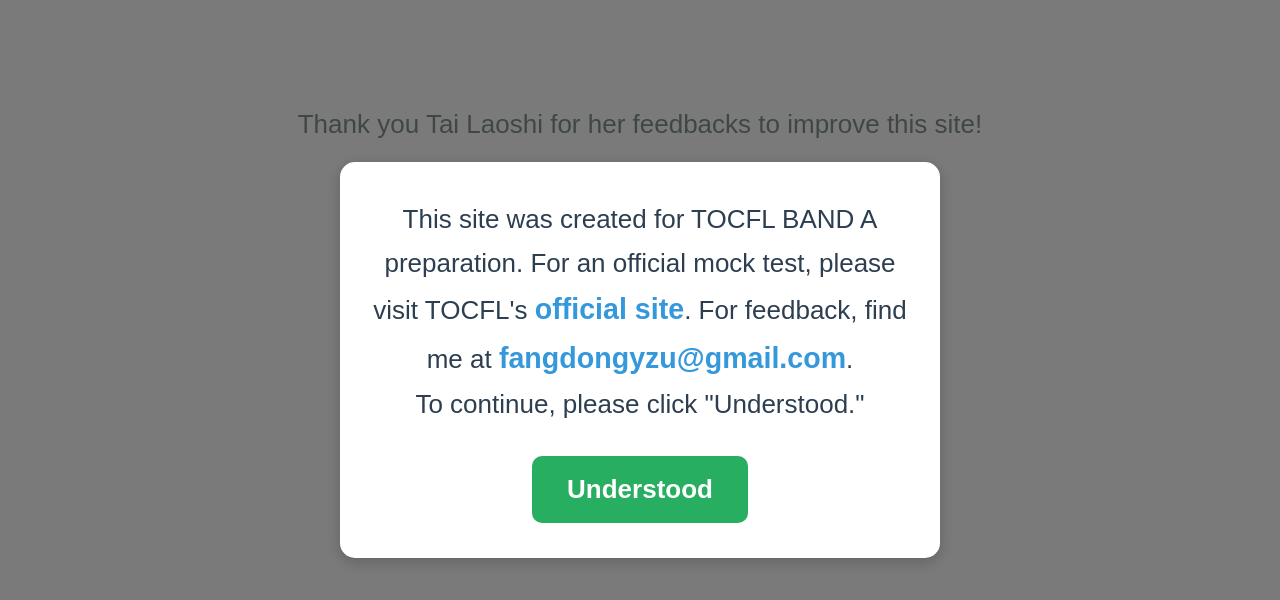
Repository: fangdongyzu/tocflmock
Page: index.html
An editor plug-in stored every save of this project. The page is shown before and after the next save, followed by the edit.
The browser window is 1280 px wide. The pictures show the whole page.

Above is the page before, as saved 2025-12-23 16:53:55.

### index.html
<!DOCTYPE html>
<html lang="en">
<head>
<meta charset="UTF-8">
<meta name="viewport" content="width=device-width, initial-scale=1.0">
<title>TOCFL MOCK BAND A PRACTICE</title>
<link rel="stylesheet" href="styles.css">
</head>
<body>

<div class="container">
    <!-- Modal -->
    <div id="modal">
        <div id="modalContent">
            <p>
                This site was created for TOCFL BAND A preparation. For an official mock test, please visit TOCFL's
                <a href="https://cbt.sc-top.org.tw/sctopj/" target="_blank">official site</a>. For feedback, find me at <a href="mailto:fangdongyzu@gmail.com">fangdongyzu@gmail.com</a>.<br>To continue, please click "Understood."
            </p>
            <button id="understoodBtn">Understood</button>
        </div>
    </div>

    <!-- Main Page -->
    <div id="mainPage">
        <header>
            <h1>TOCFL MOCK BAND A PRACTICE</h1>
            <p>Select a mock test to begin your practice</p>
        </header>

        <div class="mock-selection">
            <div class="mock" data-mock="5" data-reading="https://fangdongyzu.github.io/tocfl-mock5-reading/" data-listening="https://fangdongyzu.github.io/tocfl-mock5-listening/">
                <strong>MOCK 5</strong>
            </div>

            <div class="mock" data-mock="4" data-reading="https://fangdongyzu.github.io/tocfl-mock4-reading/" data-listening="https://fangdongyzu.github.io/tocfl-mock4-listening/">
                <strong>MOCK 4</strong>
            </div>

            <div class="mock" data-mock="3" data-reading="https://fangdongyzu.github.io/tocfl-mock3-reading/" data-listening="https://fangdongyzu.github.io/tocfl-mock3-listening/">
                <strong>MOCK 3</strong>
            </div>

            <div class="mock" data-mock="2" data-reading="https://fangdongyzu.github.io/tocfl-mock2-reading/" data-listening="https://fangdongyzu.github.io/tocfl-mock2-listening/">
                <strong>MOCK 2</strong>
            </div>

            <div class="mock" data-mock="1" data-reading="https://fangdongyzu.github.io/tocfl-mock1-reading/" data-listening="https://fangdongyzu.github.io/tocfl-mock1-listening/">
                <strong>MOCK 1</strong>
            </div>
        </div>
    </div>

    <!-- Choice Popup -->
    <div id="choicePopup">
        <p id="popupTitle"></p>
        <div class="buttons">
            <a id="readingBtn" target="_self"><button>Reading</button></a>
            <a id="listeningBtn" target="_self"><button>Listening</button></a>
        </div>
        <button id="closePopup">Exit</button>
    </div>
</div>

<script>
document.addEventListener('DOMContentLoaded', () => {
    const modal = document.getElementById('modal');
    const understoodBtn = document.getElementById('understoodBtn');
    const mainPage = document.getElementById('mainPage');
    const choicePopup = document.getElementById('choicePopup');
    const popupTitle = document.getElementById('popupTitle');
    const readingBtn = document.getElementById('readingBtn');
    const listeningBtn = document.getElementById('listeningBtn');
    const closePopup = document.getElementById('closePopup');

    // Show modal only once per session
    if (sessionStorage.getItem('tocflModalShown') === 'true') {
        modal.style.display = 'none';
        mainPage.style.display = 'block';
    } else {
        modal.style.display = 'flex';
        mainPage.style.display = 'none';
    }

    // Modal button
    understoodBtn.addEventListener('click', () => {
        modal.style.display = 'none';
        mainPage.style.display = 'block';
        sessionStorage.setItem('tocflModalShown', 'true');
    });

    // MOCK click to open popup
    document.querySelectorAll('.mock').forEach(mock => {
        mock.addEventListener('click', () => {
            const mockNumber = mock.dataset.mock;
            const readingLink = mock.dataset.reading;
            const listeningLink = mock.dataset.listening;

            popupTitle.textContent = `MOCK ${mockNumber}`;

            if (readingLink) {
                readingBtn.href = readingLink;
                readingBtn.style.display = 'inline-block';
            } else {
                readingBtn.style.display = 'none';
            }

            if (listeningLink) {
                listeningBtn.href = listeningLink;
                listeningBtn.style.display = 'inline-block';
            } else {
                listeningBtn.style.display = 'none';
            }

            choicePopup.style.display = 'flex';
        });
    });

    // Close popup
    closePopup.addEventListener('click', () => {
        choicePopup.style.display = 'none';
    });
});
</script>

</body>
<footer>
    <p>Thank you Tai Laoshi for her feedbacks to improve this site!</p>
</footer>
</html>

### styles.css
* {
    margin: 0;
    padding: 0;
    box-sizing: border-box;
}

body {
    font-family: 'Microsoft JhengHei', '微軟正黑體', Arial, sans-serif;
    line-height: 1.6;
    color: #333;
    background-color: #f5f5f5;
    font-size: 20px; /* Increased base font size */
    min-height: 100vh;
}

.container {
    max-width: 850px;
    margin: 0 auto;
    padding: 20px;
}

/* Modal */
#modal {
    position: fixed;
    top: 0;
    left: 0;
    width: 100%;
    height: 100%;
    background: rgba(0, 0, 0, 0.5);
    display: flex;
    justify-content: center;
    align-items: center;
    z-index: 1000;
    padding: 15px;
}

#modalContent {
    background: white;
    padding: 35px 30px; /* Increased padding */
    border-radius: 15px; /* Larger border radius */
    box-shadow: 0 4px 15px rgba(0,0,0,0.2); /* Enhanced shadow */
    max-width: 600px; /* Slightly wider */
    width: 100%;
    text-align: center;
    line-height: 1.7; /* Improved line height */
}

#modalContent p {
    margin-bottom: 30px;
    color: #2c3e50;
    font-size: 1.3em; /* Larger modal text */
    font-weight: 500; /* Slightly bolder */
}

#modalContent a {
    color: #3498db;
    text-decoration: none;
    font-weight: bold;
    font-size: 1.1em; /* Larger link text */
}

#modalContent a:hover {
    text-decoration: underline;
}

#modalContent button {
    padding: 18px 35px; /* Larger button */
    background: #27ae60;
    color: white;
    border: none;
    border-radius: 10px; /* Larger border radius */
    cursor: pointer;
    font-size: 1.3em; /* Larger button text */
    font-weight: bold;
    transition: background 0.3s;
    min-width: 180px; /* Wider button */
    min-height: 60px; /* Taller button */
}

#modalContent button:hover {
    background: #229954;
    transform: translateY(-2px); /* Added hover effect */
    box-shadow: 0 4px 8px rgba(0,0,0,0.2);
}

/* Main Page */
#mainPage {
    display: none;
    text-align: center;
    padding: 20px;
}

header {
    text-align: center;
    margin-bottom: 35px; /* Increased spacing */
    background: white;
    padding: 30px 25px; /* Increased padding */
    border-radius: 15px; /* Larger border radius */
    box-shadow: 0 4px 15px rgba(0,0,0,0.1); /* Enhanced shadow */
}

header h1 {
    color: #2c3e50;
    margin-bottom: 20px; /* Increased spacing */
    font-size: 2.5em; /* Larger heading */
    font-weight: 700; /* Bolder */
    line-height: 1.3; /* Better line height */
}

header p {
    color: #7f8c8d;
    font-size: 1.4em; /* Larger subtitle */
    font-weight: 500;
}

/* Mock Selection Styling */
.mock-selection {
    background: white;
    padding: 35px 30px; /* Increased padding */
    border-radius: 15px; /* Larger border radius */
    box-shadow: 0 4px 15px rgba(0,0,0,0.1); /* Enhanced shadow */
    margin-bottom: 25px; /* Increased spacing */
}

.mock {
    margin: 25px 0; /* Increased spacing */
    padding: 25px 20px; /* Increased padding */
    background: #f8f9fa;
    border: 3px solid #e9ecef; /* Thicker border */
    border-radius: 12px; /* Larger border radius */
    cursor: pointer;
    transition: all 0.3s;
    font-size: 1.4em; /* Larger text */
    min-height: 85px; /* Taller items */
    display: flex;
    align-items: center;
    justify-content: center;
    text-align: center;
}

.mock:hover {
    background: #e9ecef;
    border-color: #3498db;
    transform: translateY(-3px); /* Enhanced hover effect */
    box-shadow: 0 6px 12px rgba(0,0,0,0.15);
}

.mock strong {
    color: #2c3e50;
    font-size: 1.6em; /* Larger mock text */
    font-weight: 600;
    line-height: 1.4;
}

/* Choice Popup */
#choicePopup {
    position: fixed;
    top: 50%;
    left: 50%;
    transform: translate(-50%, -50%);
    background: white;
    padding: 35px 30px; /* Increased padding */
    border-radius: 15px; /* Larger border radius */
    box-shadow: 0 4px 20px rgba(0,0,0,0.2); /* Enhanced shadow */
    display: none;
    flex-direction: column;
    align-items: center;
    z-index: 2000;
    max-width: 550px; /* Slightly wider */
    width: 95%; /* More responsive width */
}

#popupTitle {
    font-size: 2em; /* Larger title */
    color: #2c3e50;
    margin-bottom: 30px; /* Increased spacing */
    text-align: center;
    font-weight: 700;
    line-height: 1.3;
}

#choicePopup .buttons {
    display: flex;
    gap: 25px; /* Increased gap */
    margin-bottom: 30px; /* Increased spacing */
    width: 100%;
    justify-content: center;
    flex-wrap: wrap; /* Allow wrapping on small screens */
}

#choicePopup .buttons a {
    text-decoration: none;
    flex: 1;
    min-width: 160px; /* Minimum width for buttons */
    max-width: 200px; /* Maximum width */
}

#choicePopup .buttons button {
    width: 100%;
    padding: 20px 25px; /* Larger padding */
    background: #3498db;
    color: white;
    border: none;
    border-radius: 12px; /* Larger border radius */
    cursor: pointer;
    font-size: 1.3em; /* Larger text */
    font-weight: bold;
    transition: all 0.3s;
    min-height: 70px; /* Taller buttons */
    line-height: 1.4;
}

#choicePopup .buttons button:hover {
    background: #2980b9;
    transform: translateY(-2px);
    box-shadow: 0 4px 8px rgba(0,0,0,0.2);
}

#choicePopup #closePopup {
    padding: 18px 30px; /* Larger padding */
    background: #e74c3c;
    color: white;
    border: none;
    border-radius: 12px; /* Larger border radius */
    cursor: pointer;
    font-size: 1.2em; /* Larger text */
    font-weight: bold;
    transition: all 0.3s;
    min-width: 140px; /* Wider button */
    min-height: 60px; /* Taller button */
    margin-top: 10px;
}

#choicePopup #closePopup:hover {
    background: #c0392b;
    transform: translateY(-2px);
    box-shadow: 0 4px 8px rgba(0,0,0,0.2);
}

/* Enhanced Responsive Design for Mobile */
@media (max-width: 768px) {
    body {
        font-size: 18px; /* Larger base font size for tablets */
    }

    .container {
        padding: 15px;
        max-width: 100%;
    }

    #modal {
        padding: 10px;
    }

    #modalContent {
        padding: 30px 25px;
        margin: 10px;
    }

    #modalContent p {
        font-size: 1.2em; /* Adjusted for mobile */
        line-height: 1.6;
    }

    #modalContent button {
        padding: 16px 30px;
        font-size: 1.2em;
        min-width: 160px;
        min-height: 55px;
    }

    header {
        padding: 25px 20px;
        margin-bottom: 25px;
        border-radius: 12px;
    }

    header h1 {
        font-size: 2em; /* Adjusted for mobile */
        margin-bottom: 15px;
        line-height: 1.3;
    }

    header p {
        font-size: 1.2em;
    }

    .mock-selection {
        padding: 25px 20px;
        border-radius: 12px;
    }

    .mock {
        padding: 22px 18px;
        font-size: 1.2em;
        min-height: 75px;
        margin: 20px 0;
        border-radius: 10px;
        border-width: 2px;
    }

    .mock strong {
        font-size: 1.4em;
    }

    #choicePopup {
        padding: 30px 25px;
        border-radius: 12px;
        width: 90%;
    }

    #popupTitle {
        font-size: 1.7em;
        margin-bottom: 25px;
    }

    #choicePopup .buttons {
        flex-direction: column;
        gap: 20px;
        width: 100%;
    }

    #choicePopup .buttons a {
        min-width: 100%;
        max-width: 100%;
    }

    #choicePopup .buttons button {
        min-height: 65px;
        font-size: 1.2em;
        padding: 18px 20px;
    }

    #choicePopup #closePopup {
        min-width: 100%;
        font-size: 1.1em;
        padding: 16px 25px;
        min-height: 55px;
    }
}

@media (max-width: 480px) {
    body {
        font-size: 16px; /* Base size for small mobile */
    }

    .container {
        padding: 10px;
    }

    header {
        padding: 20px 15px;
        border-radius: 10px;
    }

    header h1 {
        font-size: 1.8em; /* Larger for small screens */
        line-height: 1.3;
    }

    header p {
        font-size: 1.1em;
    }

    .mock-selection {
        padding: 20px 15px;
        border-radius: 10px;
    }

    .mock {
        padding: 20px 15px;
        min-height: 70px;
        margin: 18px 0;
        border-radius: 8px;
        font-size: 1.1em;
    }

    .mock strong {
        font-size: 1.3em;
        line-height: 1.4;
    }

    #modalContent {
        padding: 25px 20px;
    }

    #modalContent p {
        font-size: 1.1em;
    }

    #modalContent button {
        padding: 15px 25px;
        font-size: 1.1em;
        min-width: 140px;
        min-height: 50px;
    }

    #choicePopup {
        padding: 25px 20px;
        border-radius: 10px;
    }

    #popupTitle {
        font-size: 1.5em;
        margin-bottom: 20px;
    }

    #choicePopup .buttons button {
        min-height: 60px;
        font-size: 1.1em;
        padding: 16px 18px;
    }

    #choicePopup #closePopup {
        padding: 15px 20px;
        min-height: 50px;
        font-size: 1.1em;
    }
}

/* Extra small devices (phones under 360px) */
@media (max-width: 360px) {
    body {
        font-size: 15px;
    }

    header h1 {
        font-size: 1.6em;
    }

    .mock strong {
        font-size: 1.2em;
    }

    #modalContent p {
        font-size: 1em;
    }

    #popupTitle {
        font-size: 1.3em;
    }
}

/* Accessibility: Ensure good contrast and touch targets */
@media (max-width: 768px) {
    .mock,
    #modalContent button,
    #choicePopup .buttons button,
    #choicePopup #closePopup {
        min-height: 44px; /* Minimum touch target size */
    }

    /* Increase tap targets for mobile */
    .mock {
        padding: 20px 15px;
    }
}

/* Prevent text size adjustment on orientation change */
html {
    -webkit-text-size-adjust: 100%;
    text-size-adjust: 100%;
}

/* Footer Styling */
footer {
    text-align: center;
    margin-top: 40px;      /* Creates space between content and footer */
    margin-bottom: 20px;
    padding: 25px 20px;

}

footer p {
    color: #7f8c8d;        /* Matches your header subtitle color */
    font-size: 1.3em;      /* Slightly smaller than main text for hierarchy */
    font-weight: 500;
    line-height: 1.5;
}

After the next save:
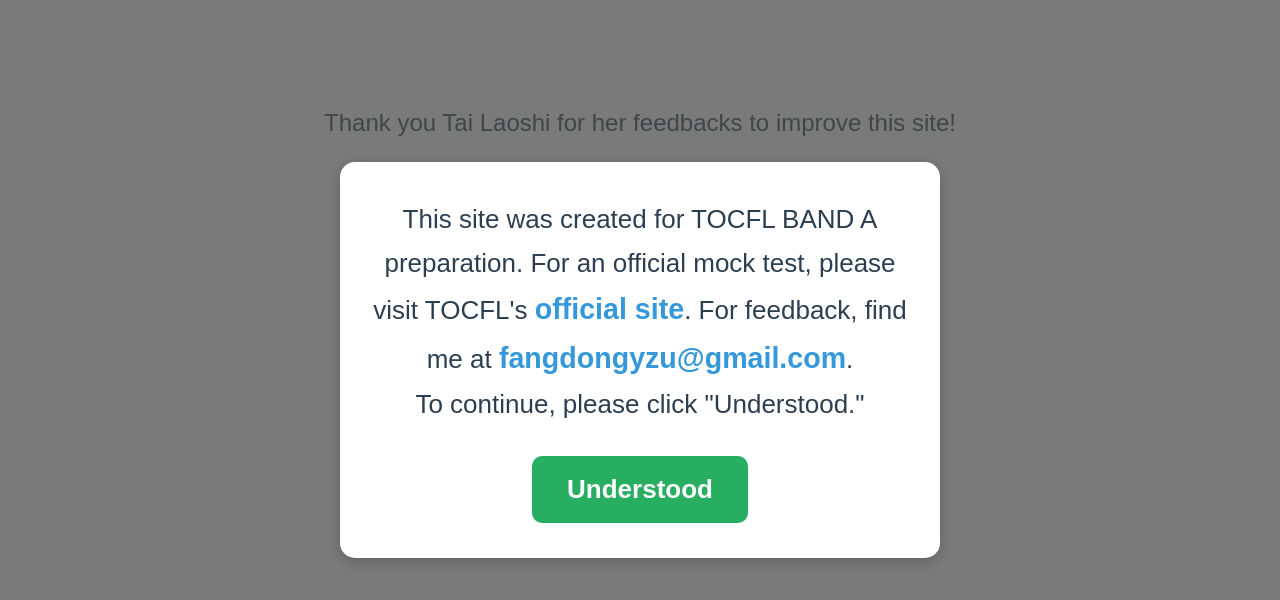
Saved 5 s later.
--- a/styles.css
+++ b/styles.css
@@ -473,7 +473,7 @@
 
 footer p {
     color: #7f8c8d;        /* Matches your header subtitle color */
-    font-size: 1.3em;      /* Slightly smaller than main text for hierarchy */
+    font-size: 1.2em;      /* Slightly smaller than main text for hierarchy */
     font-weight: 500;
     line-height: 1.5;
 }
